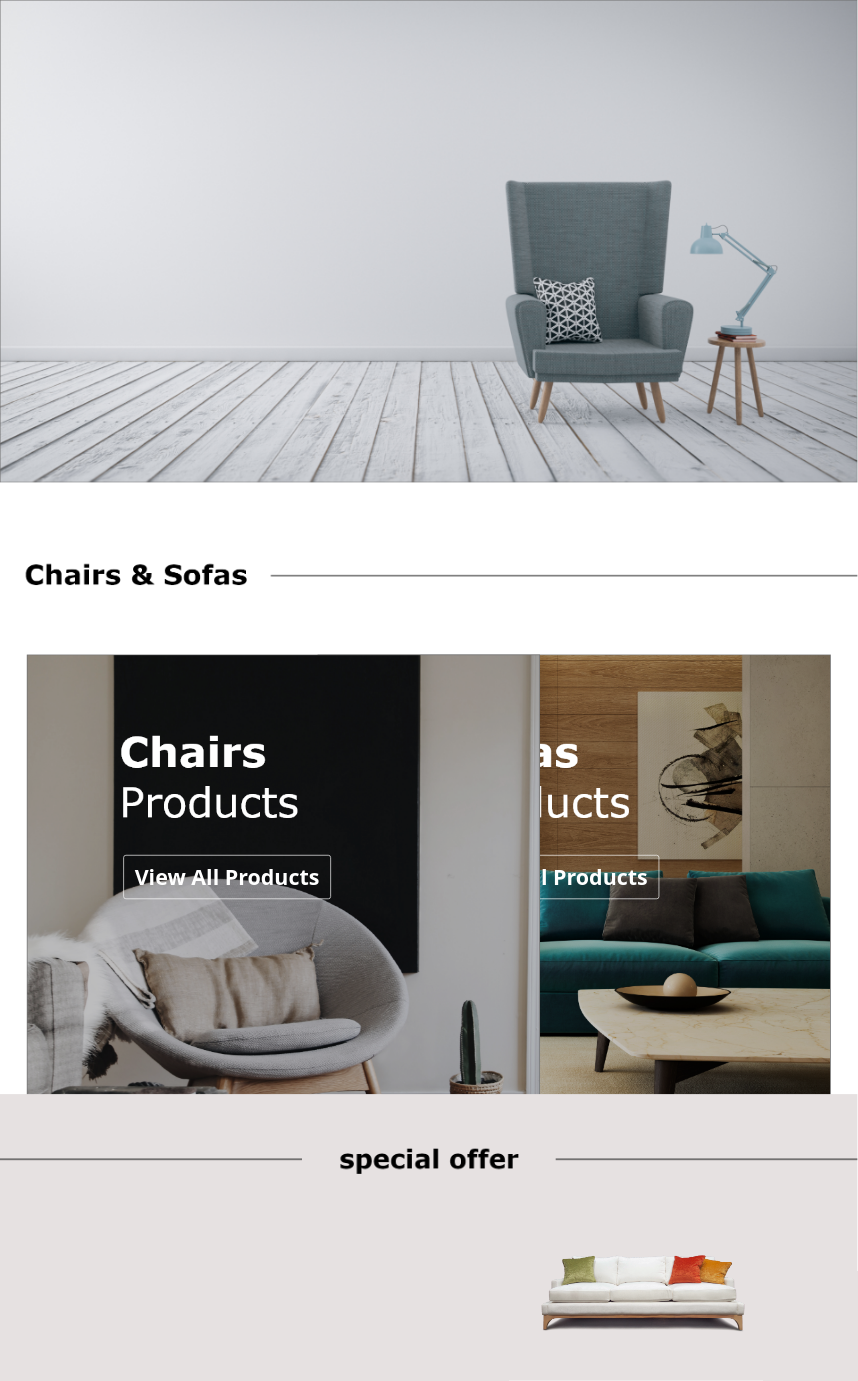
Repository: MEROO1010/creative_home
Page: /
The author's editor kept a copy of each file at every save. The page is drawn from the files as they stood at one save, then again after the next save.
The browser window is 1280 px wide. The pictures show the whole page, at 67% of full size.
The project was rebuilt for these pictures with package versions that can differ from the ones it lists, and the page was loaded fresh each time. The framework's server and built-in components were replaced by stand-ins that run in the browser. Also part of the build but not shown: next.config.js.

Above is the page before, as saved 2022-12-11 10:29:34.

After the next save:
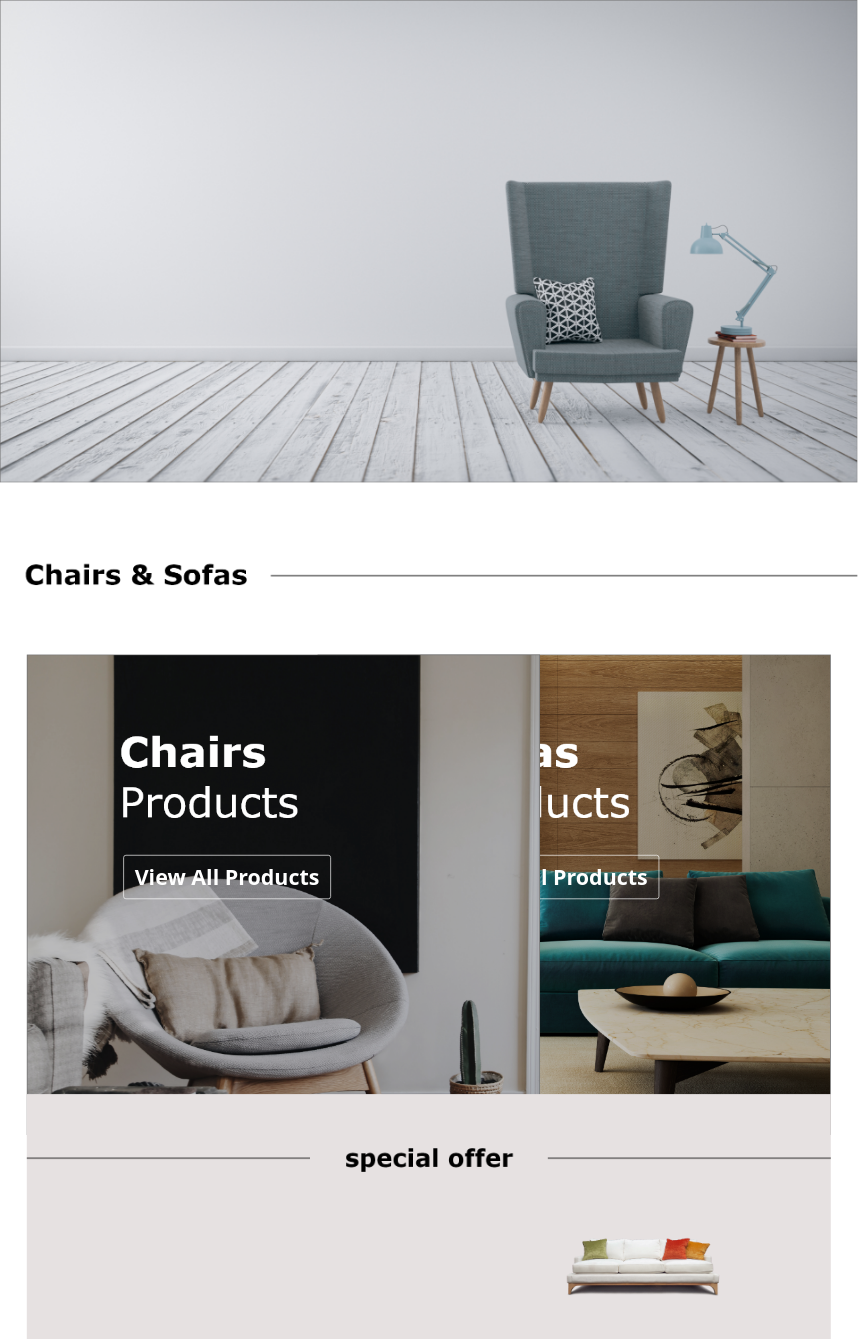
Saved 23 s later.
--- a/components/SpecialOffer.tsx
+++ b/components/SpecialOffer.tsx
@@ -7,7 +7,7 @@
 
 const SpecialOffer = () => {
   return (
-    <div>
+    <div className='mx-10'>
       <div className="relative bg-[#E6E1E1]  py-10    my-80  top-80    ">
         <div className=' py-4 my-4 top-20'>
           <Image src={specialOffer} alt=''/>

After the save that followed:
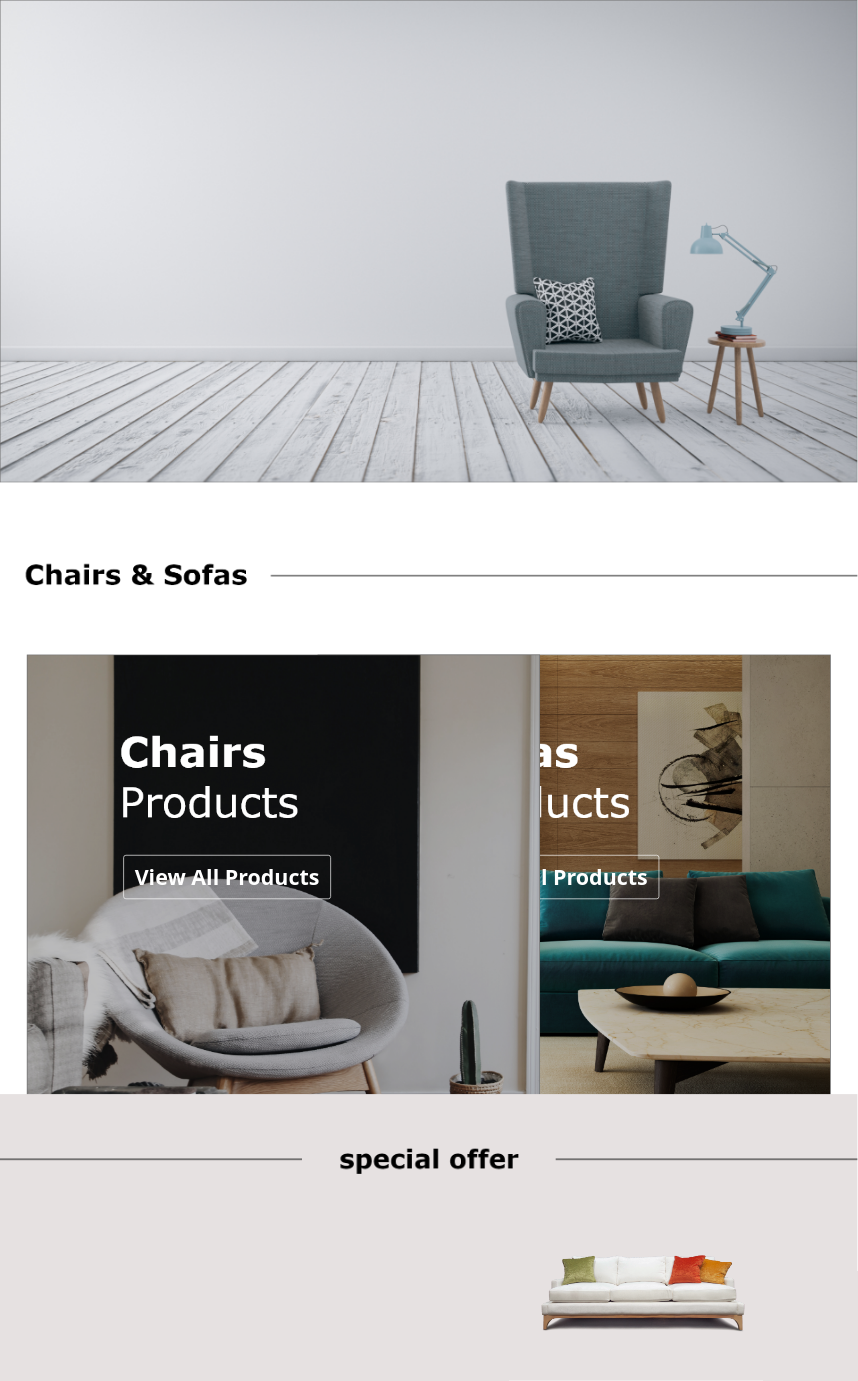
Saved 18 s later.
--- a/components/SpecialOffer.tsx
+++ b/components/SpecialOffer.tsx
@@ -7,7 +7,7 @@
 
 const SpecialOffer = () => {
   return (
-    <div className='mx-10'>
+    <div className='top-50'>
       <div className="relative bg-[#E6E1E1]  py-10    my-80  top-80    ">
         <div className=' py-4 my-4 top-20'>
           <Image src={specialOffer} alt=''/>
